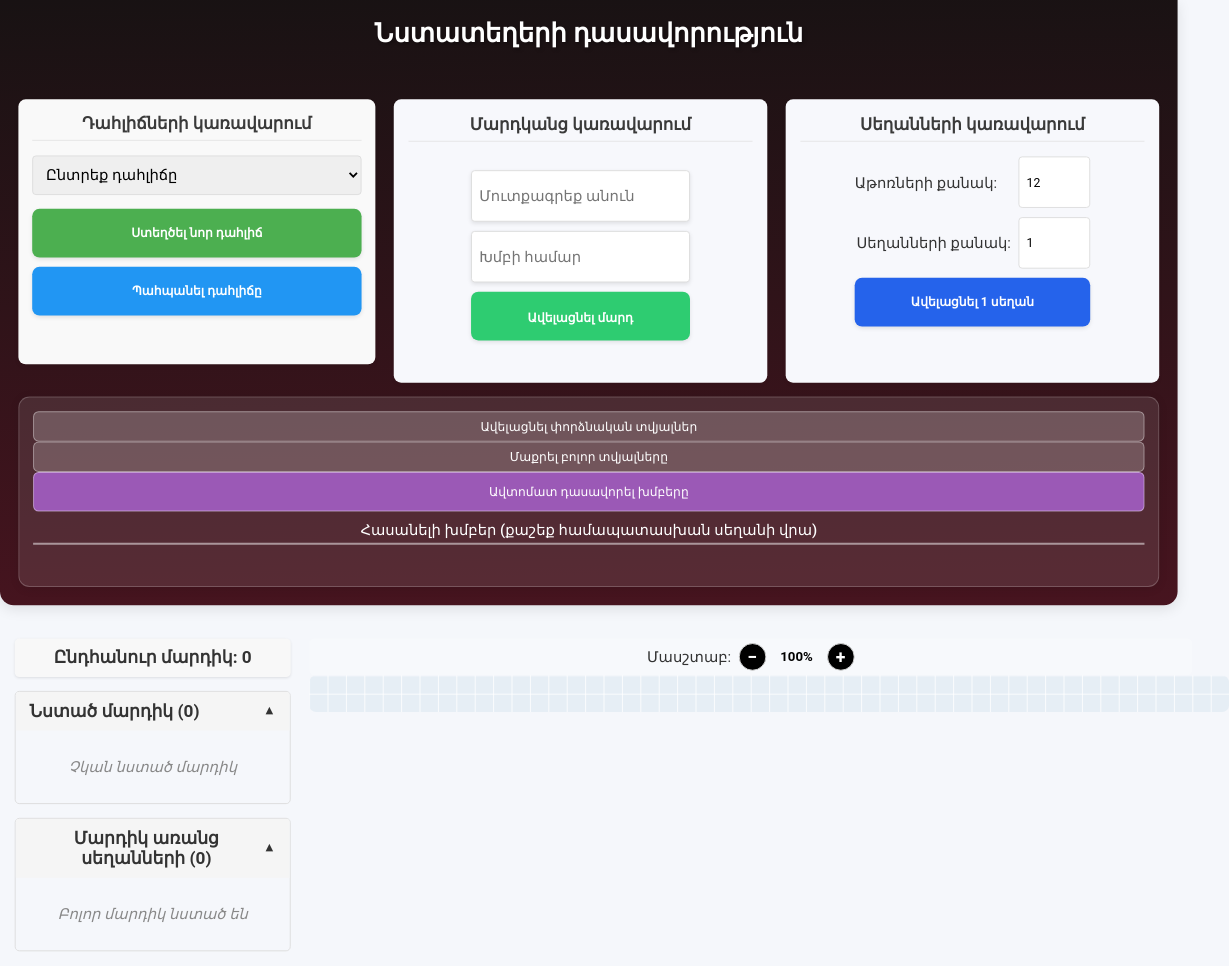
Repository: Vahan-23/Table-V2
Page: /
These files come from the project's save history. The page is drawn as it stood at one moment and after the next save; the edit follows.
The browser window is 1280 px wide. The page is 1336 px wide, so the pictures cover 1336 px, including what lies to the right of the window. The pictures show the whole page, at 92% of full size.
The project was rebuilt for these pictures with package versions that can differ from the ones it lists, and the page was loaded fresh each time.

Above is the page before, as saved 2025-03-03 18:30:06.

### src/component/App.css
/* Modern styles for the Seating Arrangement app */

* {
  margin: 0;
  padding: 0;
  font-family: 'Roboto', 'Segoe UI', Arial, sans-serif;
}

body {
  background-color: #f5f7fb;
  color: #333;
}

.app-container {
  display: flex;
  flex-direction: column;
  min-height: 100vh;
}

/* Header Styles */
.app-header {
  background: linear-gradient(179deg, #181213 0%, rgb(71 20 31) 100%);
  padding: 20px;
  border-radius: 0 0 15px 15px;
  box-shadow: 0 4px 15px rgba(0, 0, 0, 0.1);
  margin-bottom: 20px;
}

.header-content {
  display: flex;
  justify-content: space-between;
  align-items: center;
  max-width: 1600px;
  margin: 0 auto;
  width: 100%;
  flex-direction: column;
}

.logo {
  color: white;
  font-size: 28px;
  font-weight: bold;
  text-shadow: 2px 2px 4px rgba(0, 0, 0, 0.3);
  margin-bottom: 15px;
}

.header-controls {
  background: rgba(255, 255, 255, 0.15);
  backdrop-filter: blur(10px);
  padding: 15px;
  border-radius: 12px;
  box-shadow: inset 0 1px 1px rgba(255, 255, 255, 0.1), 0 1px 2px rgba(0, 0, 0, 0.1);
  display: flex;
  width: 80%;
}

.control-group {
  display: flex;
  flex-wrap: wrap;
  gap: 1rem;
  width: 100%;
}

.input-group {
  display: flex;
  gap: 10px;
  margin-bottom: 15px;
  align-items: center;
  justify-content: center;
}

.input-field {
  /* flex: 1; */
  padding: 10px 15px;
  border-radius: 8px;
  border: none;
  font-size: 16px;
  box-shadow: 0 2px 5px rgba(0, 0, 0, 0.1);
}

.input-field2 {
  /* flex: 1; */
  padding: 10px 15px;
  border-radius: 8px;
  border: none;
  font-size: 16px;
  box-shadow: 0 2px 5px rgba(0, 0, 0, 0.1);
}

.input-group input,
.table-controls input {
  height: 38px;
  padding: 0.5rem;
  border: 1px solid #ddd;
  border-radius: 4px;
  outline: none;
  transition: border-color 0.2s;
}

.input-group input:focus,
.table-controls input:focus {
  border-color: #2563eb;
}

.group-input-container {
  position: relative;
  flex: 1;
}

.group-dropdown {
  position: absolute;
  top: 100%;
  left: 0;
  width: 100%;
  max-height: 200px;
  overflow-y: auto;
  z-index: 10;
  background-color: white;
  border: none;
  border-radius: 8px;
  box-shadow: 0 4px 12px rgba(0, 0, 0, 0.15);
  margin-top: 5px;
}

.dropdown-item {
  padding: 10px 15px;
  cursor: pointer;
  border-bottom: 1px solid #eee;
  transition: background-color 0.2s;
}

.dropdown-item:hover {
  background-color: #f5f5f5;
}

.dropdown-item-new {
  padding: 10px 15px;
  cursor: pointer;
  background-color: #f0f0f0;
  font-style: italic;
  border-radius: 0 0 8px 8px;
  z-index: 2;
}

.dropdown-empty {
  padding: 10px 15px;
  color: #666;
}

button {
  cursor: pointer;
  border: none;
  border-radius: 4px;
  padding: 0.5rem 1rem;
  font-weight: 500;
  transition: all 0.2s;
}

.primary-btn {
  width: 100%;
  height: 53px;
  background-color: #2563eb;
  color: white;
  border: none;
  border-radius: 8px;
  font-weight: bold;
  cursor: pointer;
  box-shadow: 0 2px 5px rgba(0, 0, 0, 0.1);
  transition: transform 0.2s, background-color 0.2s;
}

.primary-btn:hover {
  background-color: #1d4ed8;
}

.add-person-btn {
  /* margin-left: 30px; */
  padding: 21px 20px;
  background-color: #2ecc71;
  color: white;
}

.add-person-btn:hover {
  background-color: #27ae60;
  transform: translateY(-2px);
}

.secondary-btn {
  padding: 8px 15px;
  background-color: rgba(255, 255, 255, 0.2);
  color: white;
  border: 1px solid rgba(255, 255, 255, 0.4);
  border-radius: 6px;
  cursor: pointer;
  transition: background-color 0.2s;
}

.secondary-btn:hover {
  background-color: rgba(255, 255, 255, 0.3);
}

.table-controls {
  display: flex;
  align-items: center;
  gap: 10px;
  margin-bottom: 15px;
  flex-direction: column;
}

.chair-count-input {
  height: 38px;
  padding: 0.5rem;
  border: 1px solid #ddd;
  border-radius: 4px;
  outline: none;
  transition: border-color 0.2s;
}

.add-table-btn {
  flex: 1;
  padding: 21px 15px;
  background-color: #3498db;
  color: white;
}

.add-table-btn:hover {
  background-color: #2980b9;
  transform: translateY(-2px);
}

.create-all-tables-btn {
  flex: 2;
  padding: 13px 15px;
  background-color: #9b59b6;
  color: white;
}

.create-all-tables-btn:hover {
  background-color: #8e44ad;
  transform: translateY(-2px);
}

/* Bottom controls section */
.bottom-controls {
  display: flex;
  justify-content: space-between;
  align-items: center;
}

/* Save controls */
.save-controls {
  display: flex;
  align-items: center;
  gap: 0.5rem;
}

/* Zoom controls */
.zoom-controls {
  display: flex;
  align-items: center;
  gap: 8px;
  background-color: rgba(255, 255, 255, 0.2);
  padding: 5px 10px;
  border-radius: 6px;
  justify-content: center;
}

.zoom-btn {
  width: 30px;
  height: 30px;
  border-radius: 50%;
  border: none;
  background-color: rgba(255, 255, 255, 0.3);
  color: white;
  font-size: 18px;
  font-weight: bold;
  cursor: pointer;
  display: flex;
  justify-content: center;
  align-items: center;
}

.zoom-controls button {
  width: 30px;
  height: 30px;
  display: flex;
  align-items: center;
  justify-content: center;
  background-color: #000000;
  border-radius: 50%;
  font-size: 1.2rem;
  padding: 0;
}

.zoom-controls span {
  font-size: 0.9rem;
  min-width: 50px;
  text-align: center;
}

.zoom-percentage {
  color: rgb(0, 0, 0);
  font-weight: bold;
}

/* Groups Container */
.groups-container {
  background-color: rgba(255, 255, 255, 0.1);
  border-radius: 12px;
  padding: 15px;
  margin-top: 15px;
  box-shadow: 0 2px 10px rgba(0, 0, 0, 0.1);
  border: 1px solid rgba(255, 255, 255, 0.2);
}

.groups-header {
  display: flex;
  flex-direction: column;
  gap: 10px;
}

.groups-header h3 {
  color: #ffffff;
  font-size: 1rem;
  font-weight: 500;
}

.groups-title {
  margin: 0 0 10px 0;
  font-size: 20px;
  color: white;
  font-weight: 600;
  border-bottom: 2px solid rgba(255, 255, 255, 0.5);
  padding-bottom: 5px;
  display: inline-block;
}

.groups-wrapper {
  display: flex;
  flex-wrap: nowrap;
  gap: 12px;
  overflow-x: auto;
  padding: 5px 0;
  max-height: 100px;
  max-width: 100%;
  scrollbar-width: thin;
  scrollbar-color: rgba(255, 255, 255, 0.5) transparent;
}

.groups-wrapper::-webkit-scrollbar {
  height: 6px;
  width: 6px;
}

.groups-wrapper::-webkit-scrollbar-track {
  background: #f1f1f1;
  border-radius: 10px;
}

.groups-wrapper::-webkit-scrollbar-thumb {
  background: #3498db;
  border-radius: 10px;
}

.groups-wrapper::-webkit-scrollbar-thumb:hover {
  background: #2980b9;
}

/* Main Content */
.main-content {
  display: flex;
  flex: 1;
  padding: 1rem;
  gap: 20px;
  max-width: 1600px;
  margin: 0 auto;
  width: 100%;
}

/* Sidebar */
.sidebar {
  width: 300px;
  flex-shrink: 0;
}

.unseated-people-list,
.people-list {
  background-color: white;
  border-radius: 8px;
  padding: 15px;
  margin-top: 20px;
  box-shadow: 0 2px 8px rgba(0, 0, 0, 0.1);
  margin-bottom: 1.5rem;
}

.unseated-people-list h3,
.people-list h3 {
  margin-top: 0;
  margin-bottom: 15px;
  color: #333;
  font-size: 18px;
  font-weight: 600;
  border-bottom: 1px solid #e5e7eb;
  padding-bottom: 0.5rem;
}

.unseated-people-grid,
.people-grid {
  display: grid;
  grid-template-columns: repeat(auto-fill, minmax(120px, 1fr));
  gap: 10px;
}

.unseated-person-card,
.person-card {
  position: relative;
  background-color: #f9f9f9;
  border-radius: 6px;
  padding: 10px;
  box-shadow: 0 1px 3px rgba(0, 0, 0, 0.1);
  font-size: 0.9rem;
  display: flex;
  justify-content: space-between;
  align-items: center;
}

.person-card {
  flex-direction: column;
  align-items: flex-start;
  gap: 0.25rem;
}

.person-name {
  display: block;
  font-weight: bold;
  font-size: 14px;
  margin-bottom: 4px;
}

.person-group {
  display: block;
  font-size: 12px;
  color: #666;
}

.group-tag {
  background-color: #e0e7ff;
  color: #4f46e5;
  border-radius: 4px;
  padding: 0.15rem 0.4rem;
  font-size: 0.75rem;
  font-weight: 500;
}

.delete-btn {
  position: absolute;
  top: 5px;
  right: 5px;
  width: 20px;
  height: 20px;
  border-radius: 50%;
  background-color: #e74c3c;
  color: white;
  border: none;
  display: flex;
  align-items: center;
  justify-content: center;
  font-size: 10px;
  cursor: pointer;
  opacity: 0.7;
  transition: opacity 0.2s;
}

.delete-btn:hover {
  background-color: #fee2e2;
  opacity: 1;
}

/* Tables Area */
.tables-area {
  background-image: linear-gradient(rgba(255, 255, 255, 0.8) 1px, transparent 1px),
    linear-gradient(90deg, rgba(255, 255, 255, 0.8) 1px, transparent 1px);
  background-size: 20px 20px;
  background-color: #e6eef5;
  flex: 1;
  min-height: 600px;
  border-radius: 8px;
  padding: 20px;
  position: relative;
  transform-origin: top left;
  display: flex;
  flex-wrap: wrap;
  gap: 2rem;
  align-content: flex-start;
  min-height: 70vh;
}

/* Table Styles */
.table-container {
  background-color: white;
  border-radius: 10px;
  box-shadow: 0 4px 12px rgba(0, 0, 0, 0.08);
  padding: 1rem;
  width: fit-content;
  margin-bottom: 20px;
  flex-shrink: 0;
}

.table-header {
  display: flex;
  justify-content: space-between;
  align-items: center;
  margin-bottom: 1rem;
}

.table-header h3 {
  font-size: 1rem;
  font-weight: 600;
  color: #374151;
}

.delete-table-btn {
  background-color: #fee2e2;
  color: #ef4444;
  font-size: 0.8rem;
  padding: 0.25rem 0.5rem;
}

.delete-table-btn:hover {
  background-color: #fecaca;
}

.table {
  margin: 20px;
  width: 200px;
  height: 200px;
  border: 50px solid #e7d8c7;
  border-radius: 50%;
  display: flex;
  justify-content: center;
  align-items: center;
  background-image: url('../../public/table.jpg');
  background-size: cover;
}

.table-top {
  position: relative;
  top: -15%;
  left: -15%;
}

.chair {
  position: absolute;
  width: 60px;
  height: 60px;
  background-size: cover;
  background-position: center;
  background-repeat: no-repeat;
  color: white;
  display: flex;
  justify-content: center;
  align-items: center;
  border-radius: 50%;
  font-size: 12px;
  text-align: center;
  cursor: pointer;
  transition: transform 0.2s ease, opacity 0.2s ease;
}

.chair:hover {
  transform: scale(1.1);
  opacity: 0.7;
}

/* New Table Dropzone */
.new-table-dropzone {
  width: 300px;
  height: 200px;
  border: 2px dashed #3498db;
  border-radius: 8px;
  display: flex;
  align-items: center;
  justify-content: center;
  background-color: rgba(52, 152, 219, 0.05);
  transition: all 0.3s;
  margin-bottom: 20px;
}

.new-table-dropzone.hovered {
  background-color: rgba(52, 152, 219, 0.47);
  border-color: #4f46e5;
}

.dropzone-content {
  display: flex;
  flex-direction: column;
  align-items: center;
  justify-content: center;
  text-align: center;
  padding: 20px;
  gap: 1rem;
}

.dropzone-icon {
  font-size: 32px;
  color: #3498db;
  margin-bottom: 10px;
}

.dropzone-text {
  font-size: 16px;
  font-weight: bold;
  color: #333;
}

/* Popup styles */
.popup-overlay {
  position: fixed;
  top: 0;
  left: 0;
  right: 0;
  bottom: 0;
  background-color: rgba(0, 0, 0, 0.5);
  display: flex;
  align-items: center;
  justify-content: center;
  z-index: 1000;
}

.popup {
  background-color: white;
  border-radius: 10px;
  padding: 1.5rem;
  min-width: 300px;
  max-width: 400px;
  max-height: 80vh;
  overflow-y: auto;
  box-shadow: 0 10px 25px rgba(0, 0, 0, 0.2);
}

.popup h3 {
  margin-bottom: 1rem;
  color: #374151;
}

.person-selection-list {
  list-style: none;
  margin-bottom: 1rem;
}

.person-selection-list li {
  padding: 0.75rem;
  border-radius: 6px;
  cursor: pointer;
  transition: background-color 0.2s;
}

.person-selection-list li:hover {
  background-color: #f3f4f6;
}

.close-btn {
  background-color: #e5e7eb;
  color: #4b5563;
  width: 100%;
  padding: 0.75rem;
  border-radius: 6px;
  margin-top: 1rem;
}

.close-btn:hover {
  background-color: #d1d5db;
}

/* Fullscreen popup styles */
.fullscreen-popup {
  position: fixed;
  top: 0;
  left: 0;
  width: 100%;
  height: 100%;
  background-color: rgba(0, 0, 0, 0.7);
  z-index: 1000;
  display: flex;
  justify-content: center;
  align-items: center;
}

.fullscreen-popup-overlay {
  position: absolute;
  top: 0;
  left: 0;
  width: 100%;
  height: 100%;
  background-color: rgba(0, 0, 0, 0.7);
  display: flex;
  justify-content: center;
  align-items: center;
}

.fullscreen-popup-content {
  background-color: white;
  border-radius: 8px;
  padding: 20px;
  max-width: 600px;
  width: 90%;
  max-height: 80vh;
  overflow-y: auto;
  box-shadow: 0 10px 25px rgba(0, 0, 0, 0.2);
}

.fullscreen-popup-content h3 {
  margin-top: 0;
  margin-bottom: 20px;
  text-align: center;
  font-size: 18px;
  color: #333;
}

.person-selection-grid {
  display: grid;
  grid-template-columns: repeat(auto-fill, minmax(180px, 1fr));
  gap: 15px;
  margin-bottom: 20px;
  max-height: 60vh;
  overflow-y: auto;
  padding: 10px;
  margin-top: 20px;
}

.person-selection-item {
  background-color: #f9f9f9;
  border: 1px solid #ddd;
  border-radius: 6px;
  padding: 12px;
  cursor: pointer;
  transition: all 0.2s ease;
  display: flex;
  flex-direction: column;
}

.person-selection-item:hover {
  background-color: #e8f4fd;
  transform: translateY(-2px);
  box-shadow: 0 4px 8px rgba(0, 0, 0, 0.1);
}

.person-selection-name {
  display: block;
  font-weight: bold;
  margin-bottom: 4px;
}

.person-selection-group {
  display: block;
  font-size: 12px;
  color: #666;
}

.no-people-message {
  text-align: center;
  padding: 20px;
  color: #666;
  grid-column: 1 / -1;
}

.close-popup-btn {
  display: block;
  margin: 0 auto;
  background-color: #3498db;
  color: white;
  border: none;
  border-radius: 4px;
  padding: 10px 20px;
  font-size: 16px;
  cursor: pointer;
  transition: background-color 0.2s ease;
}

.close-popup-btn:hover {
  background-color: #2980b9;
}

/* Remove person popup */
.remove-person-popup {
  text-align: center;
}

.popup-title {
  text-align: center;
  margin-bottom: 20px;
}

.person-info-card {
  background-color: #f9f9f9;
  padding: 15px;
  border-radius: 8px;
  margin-bottom: 20px;
  box-shadow: 0 2px 4px rgba(0, 0, 0, 0.1);
}

.person-info-name {
  text-align: center;
  font-size: 18px;
  margin: 0 0 10px 0;
  font-weight: bold;
}

.person-info-group {
  text-align: center;
  margin: 0;
  color: #666;
}

.confirmation-text {
  text-align: center;
  margin-bottom: 20px;
  color: #555;
}

.popup-buttons {
  display: flex;
  justify-content: center;
  gap: 15px;
}

.remove-btn {
  padding: 10px 20px;
  background-color: #e74c3c;
  color: white;
  border: none;
  border-radius: 4px;
  cursor: pointer;
  font-weight: bold;
}

.cancel-btn {
  padding: 10px 20px;
  background-color: #7f8c8d;
  color: white;
  border: none;
  border-radius: 4px;
  cursor: pointer;
}

/* Group card styles */
.group-card {
  flex: 0 0 auto;
  min-width: 100px;
  background-color: white;
  border-radius: 6px;
  padding: 8px 12px;
  box-shadow: 0 1px 3px rgba(0, 0, 0, 0.1);
  cursor: grab;
  transition: transform 0.2s, box-shadow 0.2s;
  border-left: 4px solid #3498db;
}

.group-card:hover {
  transform: translateY(-2px);
  box-shadow: 0 3px 6px rgba(0, 0, 0, 0.15);
}

.group-card.dragging {
  opacity: 0.5;
}

.group-name {
  font-weight: 600;
  font-size: 0.9rem;
  color: #2563eb;
  margin-bottom: 5px;
}

.group-count {
  font-size: 0.8rem;
  color: #6b7280;
  margin-top: 0.25rem;
}

/* Responsive adjustments */
@media (max-width: 992px) {
  .header-content {
    flex-direction: column;
    align-items: flex-start;
    gap: 1rem;
  }

  .header-controls {
    width: 100%;
  }

  .main-content {
    flex-direction: column;
  }

  .sidebar {
    width: 100%;
  }
}


.people-section {
  display: flex;
  flex-direction: column;
  gap: 15px;
}

.total-people-counter {
  background-color: #f8f8f8;
  padding: 10px;
  border-radius: 5px;
  text-align: center;
  box-shadow: 0 1px 3px rgba(0, 0, 0, 0.1);
}

.people-box {
  border: 1px solid #ddd;
  border-radius: 5px;
  overflow: hidden;
}

.people-header {
  display: flex;
  align-items: center;
  justify-content: space-between;
  padding: 10px 15px;
  background-color: #f5f5f5;
  cursor: pointer;
}

.people-header:hover {
  background-color: #e9e9e9;
}

.expand-arrow {
  font-size: 14px;
  transition: transform 0.3s ease;
}

.expand-arrow.expanded {
  transform: rotate(180deg);
}

.people-grid-container {
  max-height: 700px;
  overflow-y: auto;
}

.people-grid {
  display: grid;
  grid-template-columns: repeat(auto-fill, minmax(200px, 1fr));
  gap: 10px;
  padding: 10px;
}

.person-card {
  position: relative;
  padding: 10px;
  border-radius: 4px;
  box-shadow: 0 1px 3px rgba(0, 0, 0, 0.1);
  display: flex;
  flex-direction: column;
}

.person-card.seated {
  background-color: rgba(144, 238, 144, 0.2);
  border-left: 3px solid #4CAF50;
}

.person-card.unseated {
  background-color: rgba(255, 235, 205, 0.2);
  border-left: 3px solid #FFA500;
}

.person-name {
  font-weight: bold;
  margin-bottom: 4px;
}

.person-group {
  font-size: 12px;
  color: #666;
}

.delete-btn {
  position: absolute;
  top: 5px;
  right: 5px;
  width: 20px;
  height: 20px;
  border-radius: 50%;
  background-color: #ff6b6b;
  color: white;
  border: none;
  display: flex;
  align-items: center;
  justify-content: center;
  cursor: pointer;
  font-size: 10px;
}

.delete-btn:hover {
  background-color: #ff5252;
}

.empty-message {
  grid-column: 1 / -1;
  padding: 20px;
  text-align: center;
  color: #888;
  font-style: italic;
}

/* Scrollbar styling */
.people-grid-container::-webkit-scrollbar {
  width: 8px;
}

.people-grid-container::-webkit-scrollbar-track {
  background: #f1f1f1;
  border-radius: 4px;
}

.people-grid-container::-webkit-scrollbar-thumb {
  background: #888;
  border-radius: 4px;
}

.people-grid-container::-webkit-scrollbar-thumb:hover {
  background: #555;
}

/* Split header sections styling */
.header-sections {
  display: flex;
  width: 100%;
  gap: 20px;
  margin-top: 20px;
  justify-content: flex-start;
}

.header-section {
  flex: 1 1;
  display: flex;
  height: auto;
  background-color: #f7f8fc;
  border-radius: 8px;
  padding: 16px;
  box-shadow: 0 2px 5px rgba(0, 0, 0, 0.05);
  flex-direction: column;
  justify-content: flex-start;


}

.section-main-title {
  color: #3a3a3a;
  margin-top: 0;
  margin-bottom: 16px;
  padding-bottom: 8px;
  border-bottom: 1px solid #e5e5e5;
  font-size: 18px;
}

/* People section specific */
.people-section .input-row {
  display: flex;
  gap: 10px;
  margin-bottom: 15px;
  flex-direction: column;
}

.people-section .data-management {
  margin-top: 20px;
}

/* Table section specific */
.tables-section .table-controls-row {
  display: flex;
  align-items: center;
  gap: 10px;
  margin-bottom: 15px;
  flex-direction: column;
  align-items: flex-end;
}

.tables-section .chair-count-container {
  display: flex;
  align-items: center;
  gap: 23px;
  justify-content: center;
}

.table-count-container {
  display: flex;
  align-items: center;
  gap: 8px;
}

.table-count-input {
  width: 60px;
}

.tables-section .chair-count-input {
  width: 60px;
}

.tables-section .zoom-controls {
  display: flex;
  align-items: center;
  margin-top: 20px;
  gap: 10px;
}

.zoom-buttons {
  display: flex;
  align-items: center;
}

.zoom-btn {
  width: 30px;
  height: 30px;
  display: flex;
  align-items: center;
  justify-content: center;
  border-radius: 4px;
  background-color: #f0f0f0;
  border: 1px solid #ddd;
  cursor: pointer;
}

.zoom-percentage {
  margin: 0 8px;
  min-width: 50px;
  text-align: center;
}

.data-buttons {
  display: flex;
  flex-direction: column;
  align-items: stretch;
}

.hall-management {
  background-color: #f9f9f9;
  border-radius: 8px;
  padding: 15px;
  margin-bottom: 20px;
  box-shadow: 0 2px 5px rgba(0, 0, 0, 0.1);
}

.hall-controls {
  display: flex;
  /* flex-wrap: wrap; */
  gap: 15px;
  margin-top: 10px;
  flex-direction: column;

}

.hall-dropdown-container {
  flex: 1;
  min-width: 250px;
}

.hall-select {
  width: 100%;
  padding: 10px;
  border-radius: 4px;
  border: 1px solid #ddd;
  font-size: 16px;
}

.hall-buttons {
  display: flex;
  gap: 10px;
  flex-wrap: wrap;
}

.current-hall-info {
  margin-top: 15px;
  padding: 10px;
  background-color: #e8f4fd;
  border-radius: 4px;
}

.hall-form {
  display: flex;
  flex-direction: column;
  gap: 15px;
  margin: 20px 0;
}

.form-group {
  display: flex;
  flex-direction: column;
  gap: 5px;
}

.form-group label {
  font-weight: bold;
}

.create-hall-btn {
  background-color: #4CAF50;
}

.save-hall-btn {
  background-color: #2196F3;
}

.delete-hall-btn {
  width: 100%;
  height: 53px;
  background-color: #f44336;
  color: white;
}
.delete-hall-btn:hover {
  width: 100%;
  height: 53px;
  background-color: #f44336ab;
  color: white;
}
.hall-management-container {
  width: 100%;
  margin-bottom: 20px;
}

Loaded but not shown: public/index.html (common file); src/index.js (common file); src/index.css (common file); src/reportWebVitals.js (common file); src/App.css (common file); src/App.js (12 lines, source omitted); src/component/SeatingArrangement.jsx (1373 lines, source omitted)

After the next save:
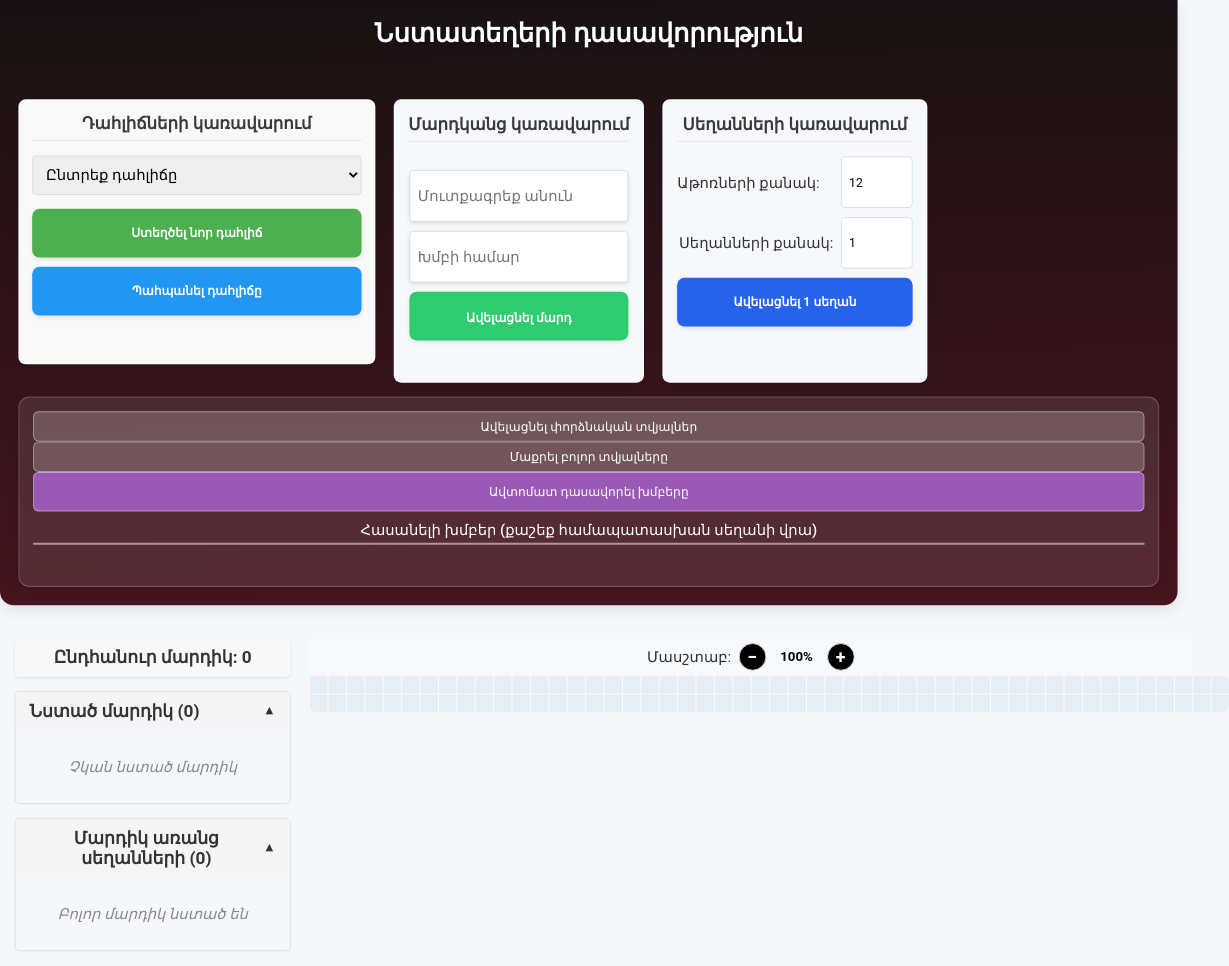
Saved 13 min 44 s later.
--- a/src/component/App.css
+++ b/src/component/App.css
@@ -1041,7 +1041,7 @@ button {
 }
 
 .header-section {
-  flex: 1 1;
+  /* flex: 1 1; */
   display: flex;
   height: auto;
   background-color: #f7f8fc;
